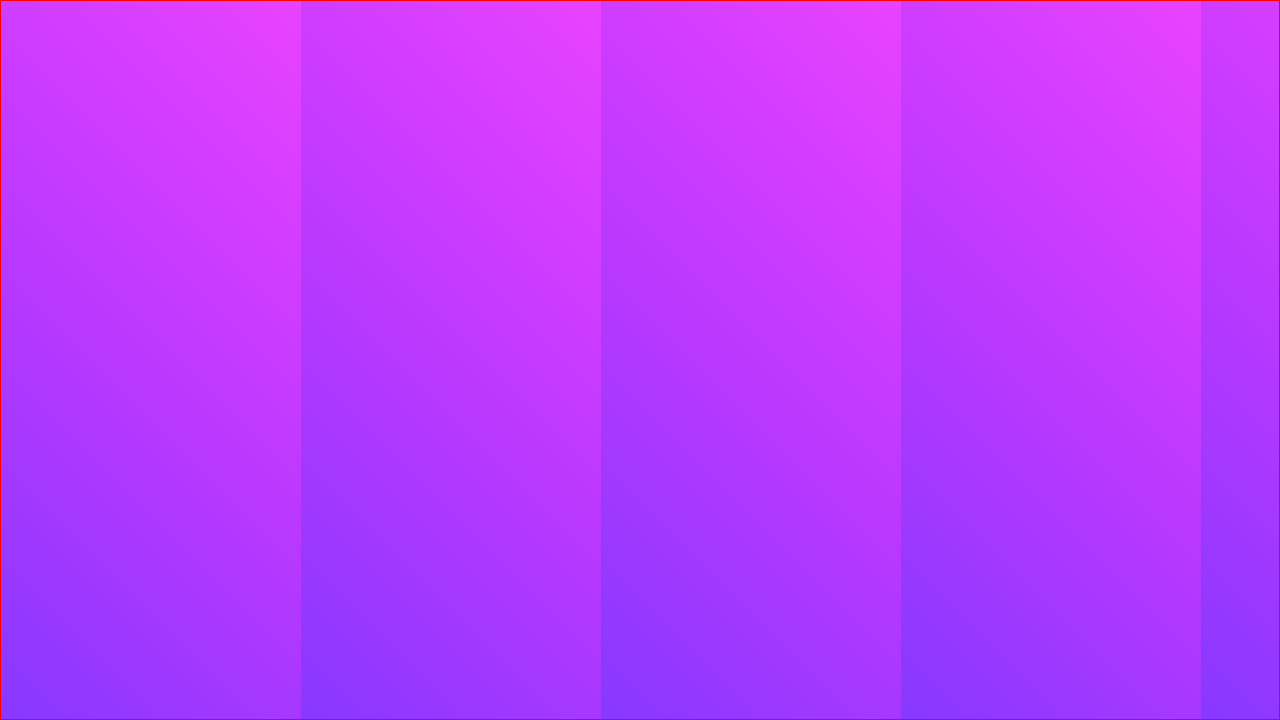
Repository: KamoliddinGIT/chat-app-css-illustration
Page: index.html
An editor plug-in stored every save of this project. The page is shown before and after a run of saves, followed by the edit.
The browser window is 1280 px wide. The pictures show the whole page.

Above is the page before, as saved 2023-09-25 16:14:20.

After the next 2 saves:
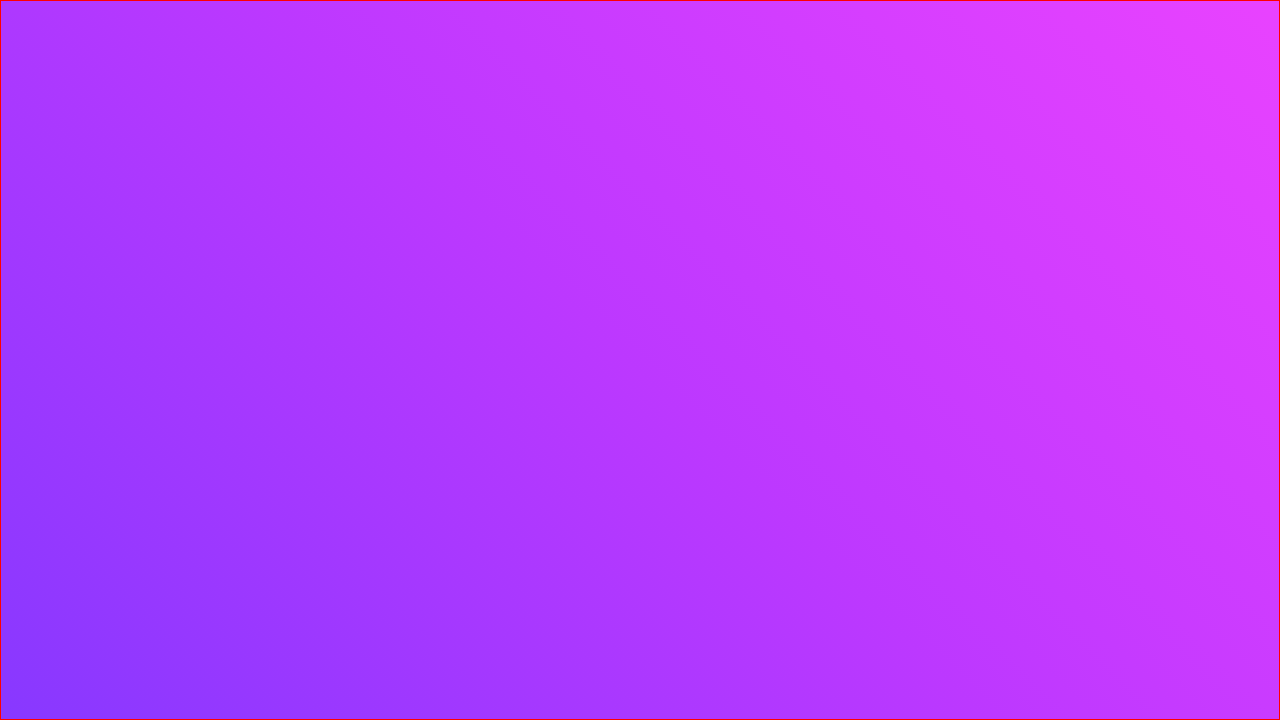
The 2 saves are shown as one change because they came seconds apart.
The last was saved 6 s later.
--- a/css/style.css
+++ b/css/style.css
@@ -17,5 +17,4 @@
     hsl(280deg 100% 61%) 50%,
     hsl(293deg 100% 63%) 100%
   );
-  background-size: 300px;
 }
